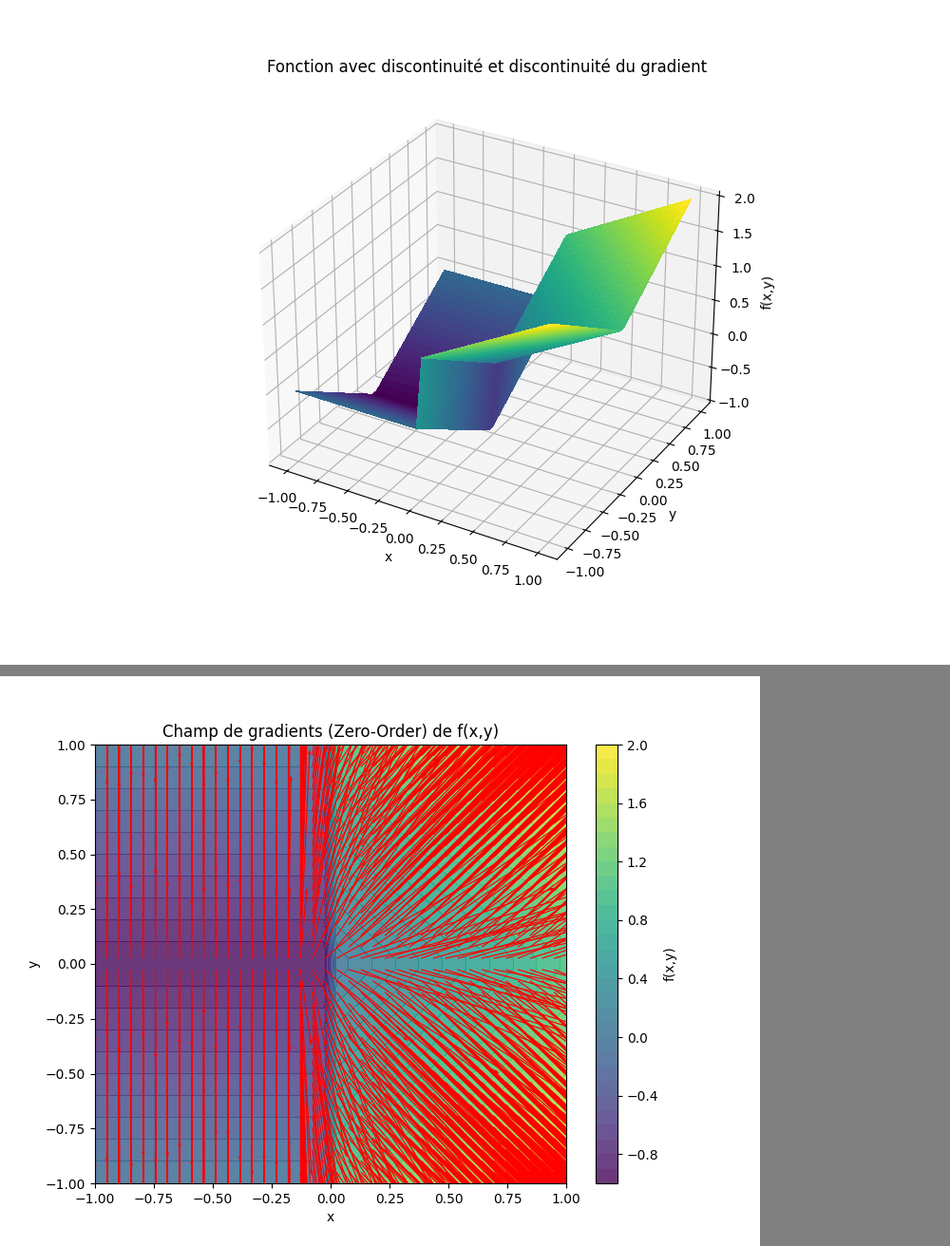
Repository: oomcth/Gradient-smoothing
Script's output: python test2D.py
These files come from the project's save history. The script's output is drawn as it stood at one moment and after a run of saves; the edit follows.
The pictures are shown at 95% of full size.
Each picture stacks the figures in order, with grey between them; figures that are only written to a file come last. Random numbers start from a fixed seed.

Above is the script's output before, as saved 2025-11-23 22:58:16.

After the next 2 saves:
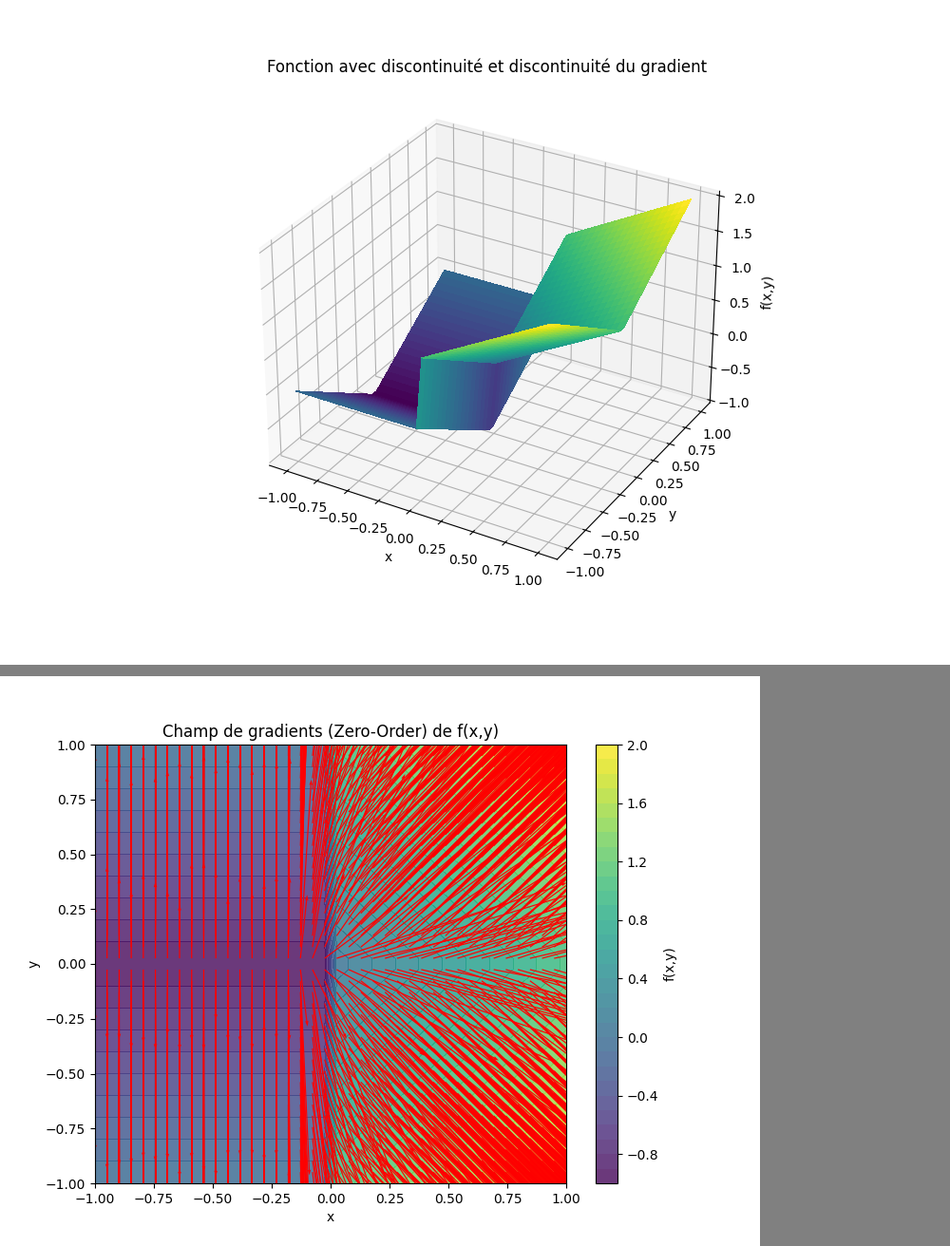
The 2 saves are shown as one change because 1 did not build or start.
The last was saved 29 s later.
--- a/test2D.py
+++ b/test2D.py
@@ -3,6 +3,7 @@ import matplotlib.pyplot as plt
 
 sigma = 0.1
 M = 500
+Ns = 500
 rng = np.random.default_rng()
 L = 3
 
@@ -43,6 +44,10 @@ def fo_gradient_2d(f, x, y):
     grads = grad_f2(Xs)
     p_vals = gaussian_density(omegas, sigma)
     grads_vals = grads * p_vals[:, None]
+    y_s = rng.uniform(-L, L, size=Ns)
+    z = np.stack((np.zeros_like(y_s), y_s), axis=1)
+    p_surface = gaussian_density(z - X, sigma)
+    surf_term = np.array([1.0, 0.0]) * (2 * L / Ns) * np.sum(p_surface)
     return grads_vals.mean(0)
 
 
